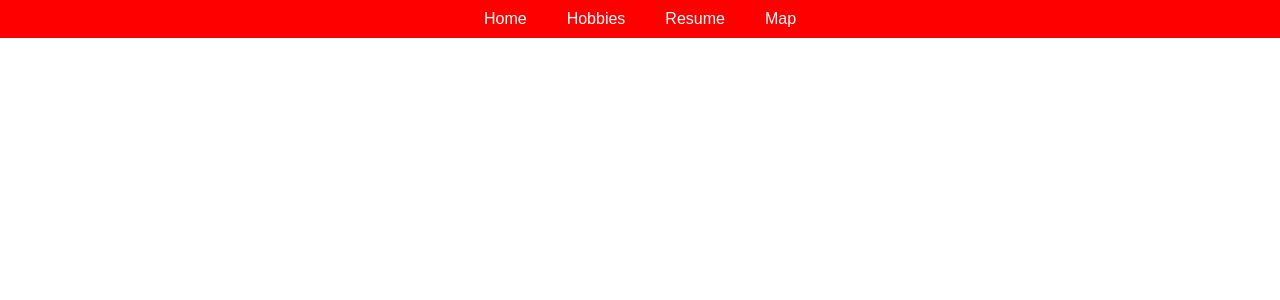
Repository: rishondass/ITMD361-Project3
Page: map.html
These files come from the project's save history. The page is drawn as it stood at one moment and after the next save; the edit follows.
The browser window is 1280 px wide. The pictures show the whole page.

Above is the page before, as saved 2023-04-28 15:02:13.

After the next save:
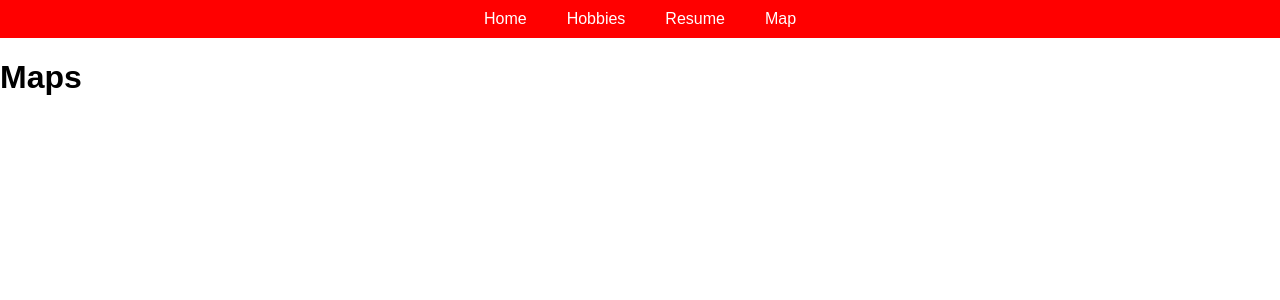
Saved 5 s later.
--- a/map.html
+++ b/map.html
@@ -29,7 +29,7 @@
   </div>
   <div>
     <h1>
-
+      Maps
     </h1>
   </div>
 </body>
